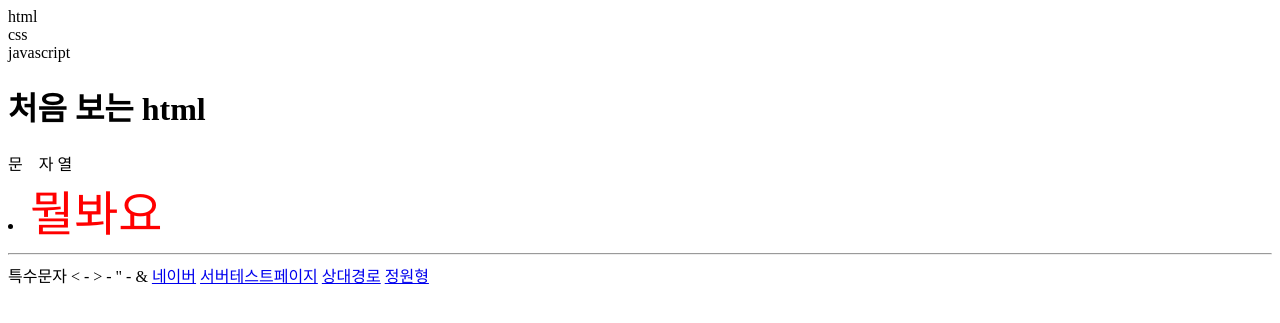
Repository: rightsecond3/java52
Page: workspace_script/dev_html/WebContent/html_day1/basicEl.html
An editor plug-in stored every save of this project. The page is shown before and after the next save, followed by the edit.
The browser window is 1280 px wide. The pictures show the whole page.

Above is the page before, as saved 2019-06-04 04:11:49.

After the next save:
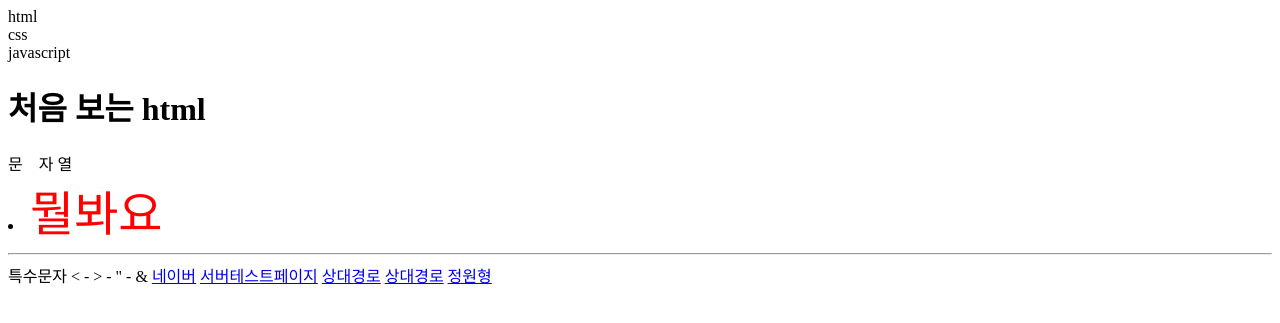
Saved 3 min 7 s later.
--- a/workspace_script/dev_html/WebContent/html_day1/basicEl.html
+++ b/workspace_script/dev_html/WebContent/html_day1/basicEl.html
@@ -27,6 +27,7 @@ javascript
 &lt; - &gt; - &quot; - &amp;
 <a href="http://www.naver.com">네이버</a>
 <a href="http://192.168.0.20:8000/index.html">서버테스트페이지</a>
+<a href="dev_html/WebContent/index.html">상대경로</a>
 <a href="../index.html">상대경로</a>
 <a href="http://192.168.0.20:8000/html_day1/basicEl.html">정원형</a>
 </body>
